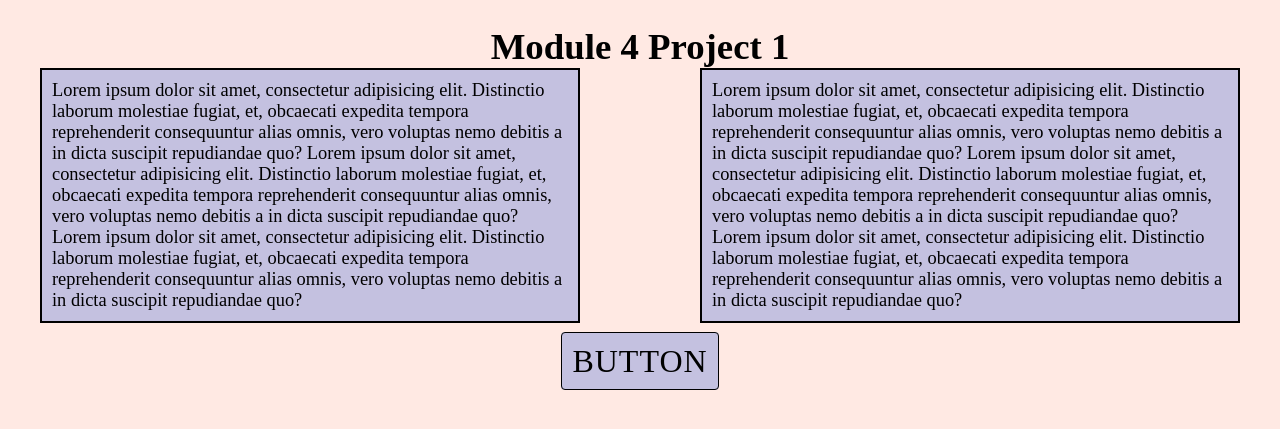
Repository: mlmEFSC21/P6-External-Style-Sheet
Page: index.html
The author's editor kept a copy of each file at every save. The page is drawn from the files as they stood at one save, then again after the next save.
The browser window is 1280 px wide. The pictures show the whole page.

Above is the page before, as saved 2022-02-13 17:32:58.

### index.html
<!DOCTYPE html>
<html lang="en">
    <head>
        <meta charset="UTF-8" />
        <meta http-equiv="X-UA-Compatible" content="IE=edge" />
        <meta name="viewport" content="width=device-width, initial-scale=1.0" />
        <link rel="stylesheet" href="Styles.css" />
        <title>External Style Sheets</title>
    </head>
    <header><h1>Module 4 Project 1</h1></header>
    <body>
        <div class="floatContainer">
            <div>
                <p class="p1">
                    Lorem ipsum dolor sit amet, consectetur adipisicing elit. Distinctio laborum
                    molestiae fugiat, et, obcaecati expedita tempora reprehenderit consequuntur
                    alias omnis, vero voluptas nemo debitis a in dicta suscipit repudiandae quo?
                    Lorem ipsum dolor sit amet, consectetur adipisicing elit. Distinctio laborum
                    molestiae fugiat, et, obcaecati expedita tempora reprehenderit consequuntur
                    alias omnis, vero voluptas nemo debitis a in dicta suscipit repudiandae quo?
                    Lorem ipsum dolor sit amet, consectetur adipisicing elit. Distinctio laborum
                    molestiae fugiat, et, obcaecati expedita tempora reprehenderit consequuntur
                    alias omnis, vero voluptas nemo debitis a in dicta suscipit repudiandae quo?
                </p>
            </div>
            <div>
                <p class="p2">
                    Lorem ipsum dolor sit amet, consectetur adipisicing elit. Distinctio laborum
                    molestiae fugiat, et, obcaecati expedita tempora reprehenderit consequuntur
                    alias omnis, vero voluptas nemo debitis a in dicta suscipit repudiandae quo?
                    Lorem ipsum dolor sit amet, consectetur adipisicing elit. Distinctio laborum
                    molestiae fugiat, et, obcaecati expedita tempora reprehenderit consequuntur
                    alias omnis, vero voluptas nemo debitis a in dicta suscipit repudiandae quo?
                    Lorem ipsum dolor sit amet, consectetur adipisicing elit. Distinctio laborum
                    molestiae fugiat, et, obcaecati expedita tempora reprehenderit consequuntur
                    alias omnis, vero voluptas nemo debitis a in dicta suscipit repudiandae quo?
                </p>
            </div>
        </div>
        <div class="button"><a href="" class="button">Button</a></div>
    </body>
</html>

### Styles.css
:root {
    /* --clr-font: black; */
    --clr-background: #ffe9e3;
    --clr-buttonBG: #c4c1e0;
    --clr-buttonHover: #7c73e6;
}
*,
*::before,
*::after {
    margin: 0;
    padding: 0;
    box-sizing: border-box;
}
header {
    text-align: center;
}
body {
    background-color: var(--clr-background);
    color: black;
    margin: 10px 25px;
    padding: 15px;
    font-size: 1.15rem;
}
p {
    margin-bottom: 20px;
    padding: 10px;
    background-color: var(--clr-buttonBG);
}
.p1 {
    border: 2px solid black;
    float: left;
    width: 50%;
}
.p2 {
    border: 2px solid black;
    float: right;
    width: 50%;
}
.p1,
.p2 {
    max-width: 45%;
}
.floatContainer::after {
    content: "";
    clear: both;
}
div.button {
    text-align: center;
}
a {
    text-decoration: none;
}
a.button {
    padding: 10px;
    border: 1px solid black;
    border-radius: 4px;
    font-size: 2rem;
    text-transform: uppercase;
    letter-spacing: 1px;
    background-color: var(--clr-buttonBG);
    color: var(--clr-button);
}
a.button:hover {
    background-color: var(--clr-buttonHover);
    color: white;
    cursor: pointer;
}

After the next save:
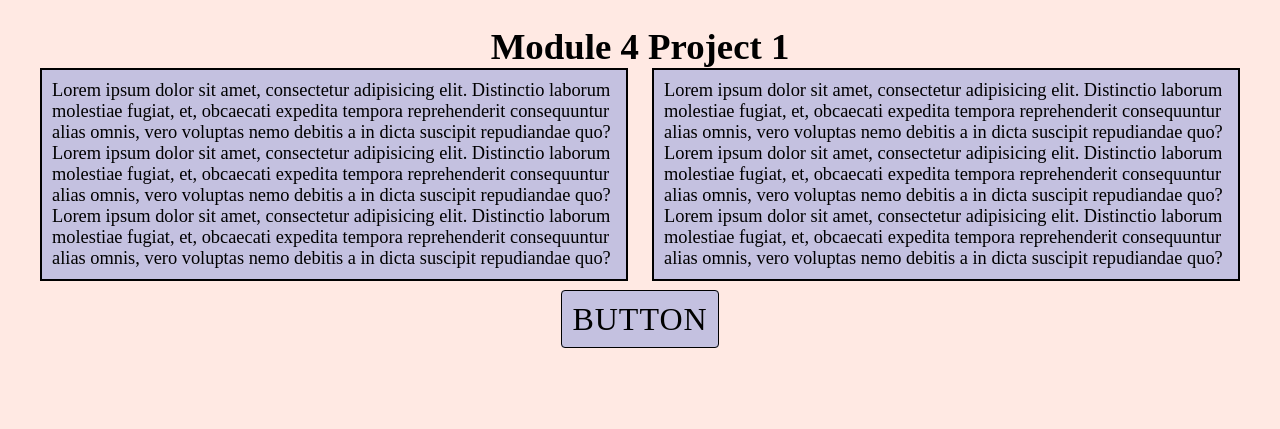
Saved 36 s later.
--- a/Styles.css
+++ b/Styles.css
@@ -38,7 +38,7 @@ p {
 }
 .p1,
 .p2 {
-    max-width: 45%;
+    max-width: 49%;
 }
 .floatContainer::after {
     content: "";
